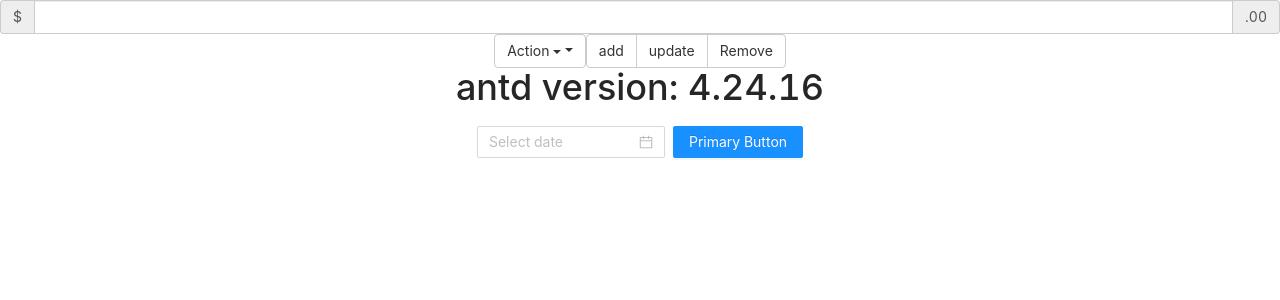
Repository: busiui/react
Page: /
The author's editor kept a copy of each file at every save. The page is drawn from the files as they stood at one save, then again after the next save.
The browser window is 1280 px wide. The pictures show the whole page.
The project was rebuilt for these pictures with package versions that can differ from the ones it lists, and the page was loaded fresh each time.

Above is the page before, as saved 2020-03-18 20:36:39.

### public/index.html
<!DOCTYPE html>
<html lang="en">

<head>
  <meta charset="utf-8" />
  <link rel="icon" href="%PUBLIC_URL%/favicon.ico" />
  <meta name="viewport" content="width=device-width, initial-scale=1" />
  <meta name="theme-color" content="#000000" />
  <meta name="description" content="Web site created using create-react-app" />
  <link rel="apple-touch-icon" href="%PUBLIC_URL%/logo192.png" />
  <!--
      manifest.json provides metadata used when your web app is installed on a
      user's mobile device or desktop. See https://developers.google.com/web/fundamentals/web-app-manifest/
    -->
  <link rel="manifest" href="%PUBLIC_URL%/manifest.json" />
  <!--
      Notice the use of %PUBLIC_URL% in the tags above.
      It will be replaced with the URL of the `public` folder during the build.
      Only files inside the `public` folder can be referenced from the HTML.

      Unlike "/favicon.ico" or "favicon.ico", "%PUBLIC_URL%/favicon.ico" will
      work correctly both with client-side routing and a non-root public URL.
      Learn how to configure a non-root public URL by running `npm run build`.
    -->
  <title>React App</title>
  <script src="https://cdn.jsdelivr.net/npm/jquery@1.12.4/dist/jquery.min.js"></script>
  <link rel="stylesheet" href="https://cdn.jsdelivr.net/npm/bootstrap@4.4.1/dist/css/bootstrap.min.css" integrity="sha384-Vkoo8x4CGsO3+Hhxv8T/Q5PaXtkKtu6ug5TOeNV6gBiFeWPGFN9MuhOf23Q9Ifjh" crossorigin="anonymous">
  <script src="https://cdn.jsdelivr.net/npm/bootstrap@4.4.1/dist/js/bootstrap.min.js" integrity="sha384-wfSDF2E50Y2D1uUdj0O3uMBJnjuUD4Ih7YwaYd1iqfktj0Uod8GCExl3Og8ifwB6" crossorigin="anonymous"></script>

  <script src="./busiui.js"></script>
</head>

<body>
  <noscript>You need to enable JavaScript to run this app.</noscript>
  <div id="root"></div>
  <!--
      This HTML file is a template.
      If you open it directly in the browser, you will see an empty page.

      You can add webfonts, meta tags, or analytics to this file.
      The build step will place the bundled scripts into the <body> tag.

      To begin the development, run `npm start` or `yarn start`.
      To create a production bundle, use `npm run build` or `yarn build`.
    -->
  <!-- <div class="input-group">
    <span class="input-group-addon" id="basic-addon1">@</span>
    <input type="text" class="form-control" placeholder="Username" aria-describedby="basic-addon1">
  </div> -->
</body>

</html>

### src/index.js
import React from 'react';
import ReactDOM from 'react-dom';
import './index.css';
import App from './App';
import * as serviceWorker from './serviceWorker';
import { Button, DatePicker, version } from "antd";
import "antd/dist/antd.css";
import "./index.css";

ReactDOM.render(
    <div className="App">
        <App></App>
        <h1>antd version: {version}</h1>
        <DatePicker />
        <Button type="primary" style={{ marginLeft: 8 }}>
            Primary Button
    </Button>
    </div>,
    document.getElementById("root")
);

// If you want your app to work offline and load faster, you can change
// unregister() to register() below. Note this comes with some pitfalls.
// Learn more about service workers: https://bit.ly/CRA-PWA
serviceWorker.unregister();

### src/App.js
import React, { Component } from 'react';
// import { Link } from 'react-router-dom';
// import logo from './logo.svg';
import './App.css';
import 'bootstrap/dist/css/bootstrap.min.css';
import 'bootstrap/dist/js/bootstrap';

class App extends Component {
  render() {
    return (
      <div className="App">
        <div class="input-group">
          <span class="input-group-addon">$</span>
          <input type="text" class="form-control" aria-label="Amount (to the nearest dollar)" />
          <span class="input-group-addon">.00</span>
        </div>
        <div class="btn-group">
          <button type="button" class="btn btn-default dropdown-toggle" data-toggle="dropdown" aria-haspopup="true" aria-expanded="false">
            Action <span class="caret"></span>
          </button>
          <ul class="dropdown-menu">
            <li><a href="#">Action</a></li>
            <li><a href="#">Another action</a></li>
            <li><a href="#">Something else here</a></li>
            <li role="separator" class="divider"></li>
            <li><a href="#">Separated link</a></li>
          </ul>
        </div>
        <div class="btn-group" role="group" aria-label="...">
          <button type="button" class="btn btn-default add" >add</button>
          <button type="button" class="btn btn-default update">update</button>
          <button type="button" class="btn btn-default remove">Remove</button>
        </div>
        {/* <Link  to="/home"/> */}
      </div>
    );
  }

  componentDidMount() {
    //页面渲染结束后初始化busiUI框架
    if (typeof window['busiUiInit'] === 'function') {
      window['busiUiInit']();
    }
  }
}

export default App;

Loaded but not shown: src/index.css (common file); src/serviceWorker.js (common file); src/App.css (common file); public/busiui.js (library)

After the next save:
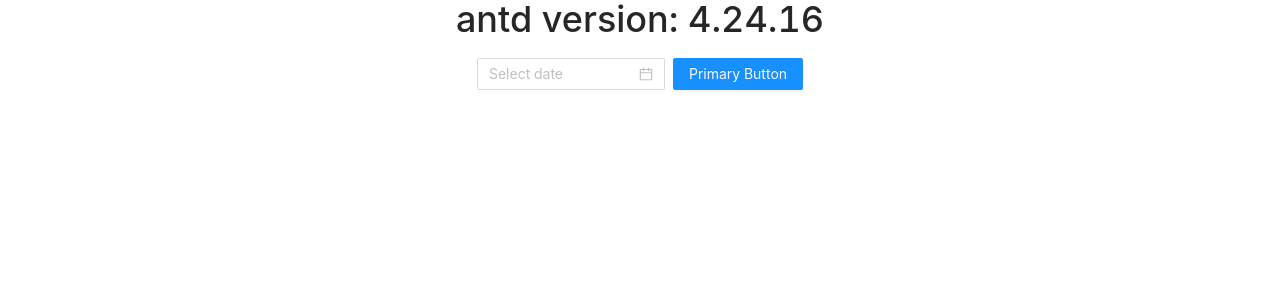
Saved 10 s later.
--- a/src/index.js
+++ b/src/index.js
@@ -9,7 +9,7 @@
 
 ReactDOM.render(
     <div className="App">
-        <App></App>
+        {/* <App></App> */}
         <h1>antd version: {version}</h1>
         <DatePicker />
         <Button type="primary" style={{ marginLeft: 8 }}>
